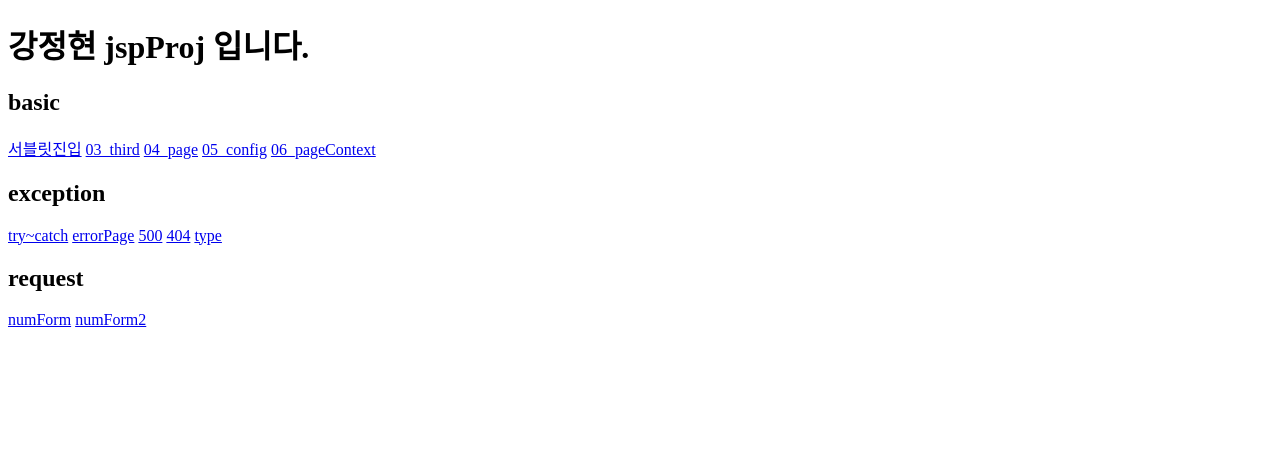
Repository: Jamikidu/newJsp
Page: http://localhost/jspProj/
These files come from the project's save history. The page is drawn as it stood at one moment and after the next save; the edit follows.
The browser window is 1280 px wide. The pictures show the whole page.
The page is served by Tomcat 9.

Above is the page before, as saved 2023-08-02 00:56:38.

After the next save:
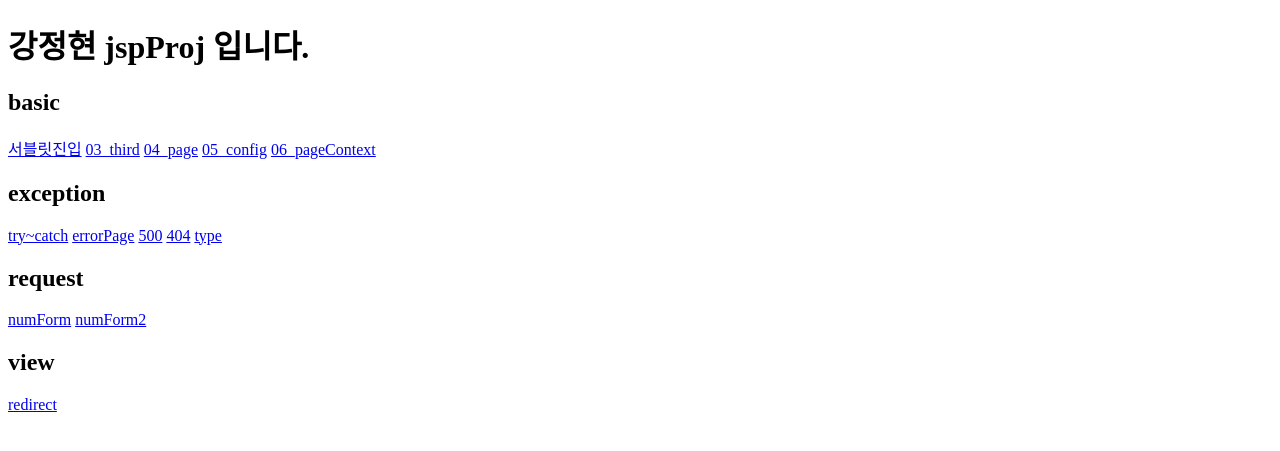
Saved 60 s later.
--- a/jspProj/src/main/webapp/index.jsp
+++ b/jspProj/src/main/webapp/index.jsp
@@ -23,6 +23,8 @@
 <h2>request</h2>
 <a href="request/numForm.jsp">numForm</a>
 <a href="request/numForm2.jsp">numForm2</a>
+<h2>view</h2>
+<a href="redirect/a.jsp">redirect</a>
 
 </body>
 </html>
